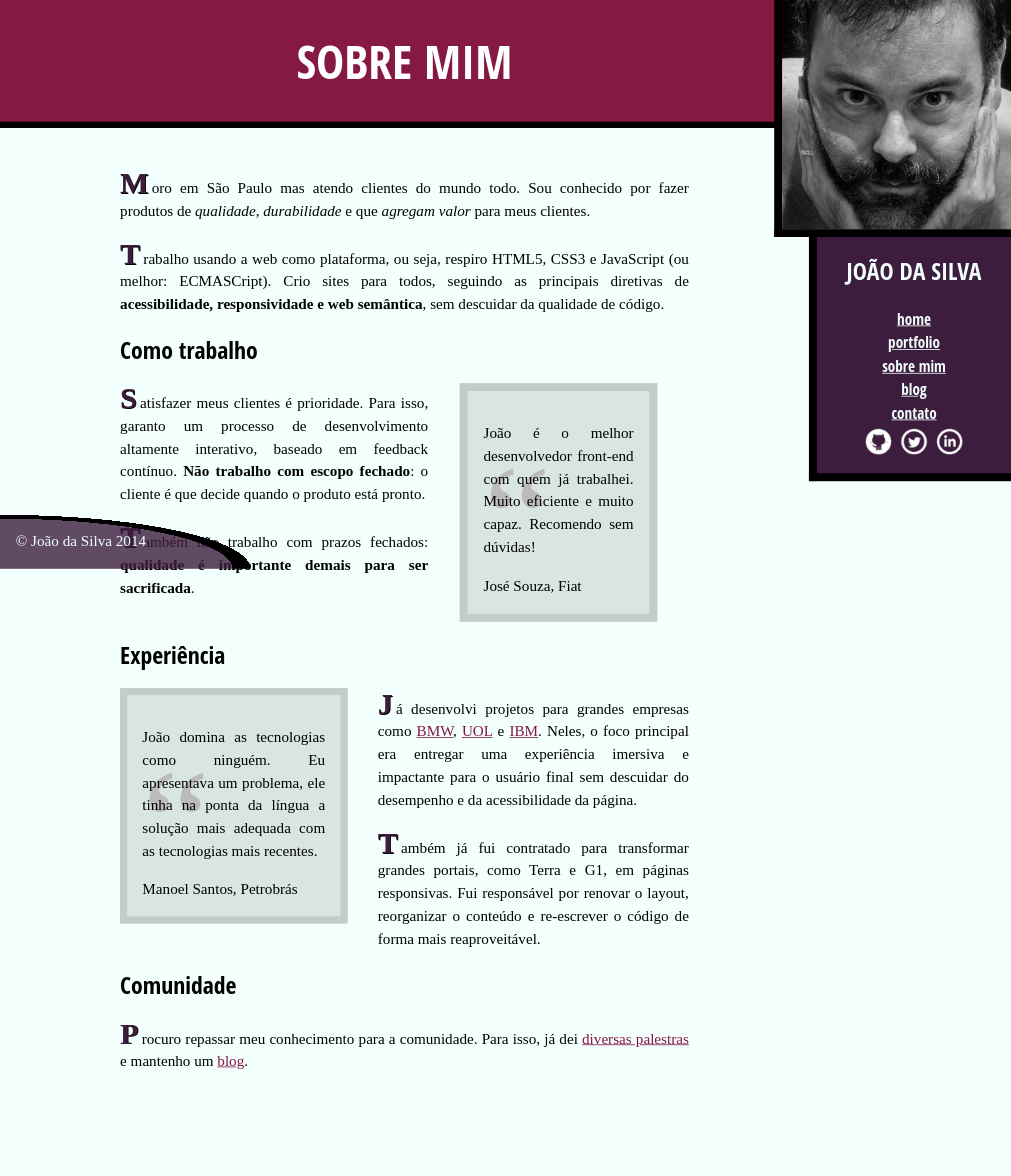
Repository: MichelMiola/html5Css3Avancado
Page: projeto/bio.html
The author's editor kept a copy of each file at every save. The page is drawn from the files as they stood at one save, then again after the next save.
The browser window is 1280 px wide. The pictures show the whole page, at 79% of full size.
Some web fonts or font styles are not loaded; a fallback is used.

Above is the page before, as saved 2015-03-24 18:46:39.

### projeto/bio.html
<!DOCTYPE html>
<html>
<head>
    <meta charset="utf-8">
    <title>João da Silva - Biografia</title>
    <link rel="icon" href="imagens/favicon.png">
    <link rel="stylesheet" href="css/reset.css">
    <link rel="stylesheet" href="css/site.css">
    <link rel="stylesheet" href="css/bio.css">
    <link rel="stylesheet" href="http://fonts.googleapis.com/css?family=Crimson+Text:400,400italic,600">
    <link rel="stylesheet" href="http://fonts.googleapis.com/css?family=Open+Sans+Condensed:700">
</head>
<body>
    <main>
        <h1 class="titulo-principal">Sobre mim</h1>
        <div class="container">
            <p>Moro em São Paulo mas atendo clientes do mundo todo. Sou conhecido por fazer produtos de <em>qualidade</em>, <em>durabilidade</em> e que <em>agregam valor</em> para meus clientes.</p>
            <p>Trabalho usando a web como plataforma, ou seja, respiro HTML5, CSS3 e JavaScript (ou melhor: ECMASCript). Crio sites para todos, seguindo as principais diretivas de <strong>acessibilidade, responsividade e web semântica</strong>, sem descuidar da qualidade de código.</p>
            <h2 class="subtitulo-texto">Como trabalho</h2>
            <blockquote tabindex="1" class="citacao-bio fiat">
                <p>João é o melhor desenvolvedor front-end com quem já trabalhei. Muito eficiente e muito capaz. Recomendo sem dúvidas!</p>
                <cite>José Souza, Fiat</cite>
            </blockquote>
            <p>Satisfazer meus clientes é prioridade. Para isso, garanto um processo de desenvolvimento altamente interativo, baseado em feedback contínuo. <strong>Não trabalho com escopo fechado</strong>: o cliente é que decide quando o produto está pronto.</p>
            <p>Também não trabalho com prazos fechados: <strong>qualidade é importante demais para ser sacrificada</strong>.</p>
            <h2 class="subtitulo-texto">Experiência</h2>
            <blockquote tabindex="1" class="citacao-bio petrobras">
                <p>João domina as tecnologias como ninguém. Eu apresentava um problema, ele tinha na ponta da língua a solução mais adequada com as tecnologias mais recentes.</p>
                <cite>Manoel Santos, Petrobrás</cite>
            </blockquote>
            <p>Já desenvolvi projetos para grandes empresas como <a href="http://bmw.com">BMW</a>, <a href="http://www.uol.com.br">UOL</a> e <a href="http://www.ibm.com.br">IBM</a>. Neles, o foco principal era entregar uma experiência imersiva e impactante para o usuário final sem descuidar do desempenho e da acessibilidade da página.</p>
            <p>Também já fui contratado para transformar grandes portais, como Terra e G1, em páginas responsivas. Fui responsável por renovar o layout, reorganizar o conteúdo e re-escrever o código de forma mais reaproveitável.</p>
            <h2 class="subtitulo-texto">Comunidade</h2>
            <p>Procuro repassar meu conhecimento para a comunidade. Para isso, já dei <a href="portfolio.html">diversas palestras</a> e mantenho um <a href="blog.html">blog</a>.</p>
        </div>
    </main>
    <img src="imagens/eu.jpg" alt="Minha foto" class="minha-foto">
    <aside class="navegacao-site">
        <h1>João da Silva</h1>
        <nav>
            <ul>
                <li><a href="index.html">Home</a></li>
                <li><a href="portfolio.html">Portfolio</a></li>
                <li><a href="bio.html">Sobre mim</a></li>
                <li><a href="blog.html">Blog</a></li>
                <li><a href="contato.html">Contato</a></li>
            </ul>
        </nav>
        <ul class="icones-redes-sociais">
            <li>
                <a href="https://github.com/joaodasilva" class="github">
                    Github
                </a>
            </li>
            <li>
                <a href="https://twitter.com/joaodasilva" class="twitter">
                    Twitter
                </a>
            </li>
            <li>
                <a href="https://br.linkedin.com/pub/joão-da-silva/32/4/508" class="linkedin">
                    LinkedIn
                </a>
            </li>
        </ul>
    </aside>
    <footer class="rodape-pagina">
        &copy; João da Silva 2014
    </footer>
</body>
</html>

### projeto/css/site.css
body {
	font-family: "Crimson Text", "Times New Roman", serif;
	background-color: #F2FFFC;
	font-size: 120%;
	line-height: 1.5;
}

h1, h2, .subtitulo-principal {
	font-family: "Open Sans Condensed", "Arial", sans-serif;
}

h1 {
	text-transform: uppercase;
	font-size: 60px;
}

.titulo-principal {
	text-align: center;
	background-color: #851944;
	color: #FFF;
	padding: 2rem;
	border-bottom: .5rem solid #000;
}

.subtitulo-texto {
	font-size: 30px;
	clear: both;
}

main a {
	color: #851944;
}

main p {
	text-align: justify;
	margin: 20px 0;
}

.navegacao-site {
	text-align: center;
	background-color: #3C1D3D;
	color: #F2FFFC;
	padding: 20px;
}

.navegacao-site a {
	color: inherit;
	font-family: "Open Sans Condensed", "Arial", sans-serif;
	text-transform: lowercase;
}

.navegacao-site h1 {
	font-size: 30px;
	margin-bottom: 25px;
}

.rodape-pagina {
	/* background-color: #000; */
	color: #F2FFFC;
	padding: 20px;
	clear: both;
	position: fixed;
	bottom: 0;
	left: 0;
	width: 100%;
	box-sizing: border-box;
	/* background-color: rgba(0, 0, 0, 0.3); */
	background-image: radial-gradient(ellipse at left bottom, rgba(60, 29, 61, 0.8),
		rgba(60, 29, 61, 0.8) 65%, black 65%, black 70%, transparent 70%,
		transparent);
	background-size: 25% 100%;
	background-repeat: no-repeat;
}

.container {
	width: 720px;
	margin-left: auto;
	margin-right: auto;
	padding: 30px 0;
}

strong {
	font-weight: bold;
}

em {
	font-style: italic;
}

.icones-redes-sociais li {
	display: inline-block;
}

.icones-redes-sociais a {
	width: 40px;
	height: 40px;
	display: block;
	text-indent: -99999px;
}

.github {
	background-image: url(../imagens/github.png);
}

.twitter {
	background-image: url(../imagens/twitter.png);
}

.linkedin {
	background-image: url(../imagens/linkedin.png);
}

main {
	width: 80%;
	float: left;
	padding-bottom: 80px;
}

.minha-foto, .navegacao-site {
	border-left: 10px solid black;
	border-bottom: 10px solid black;
	box-sizing: border-box;
}

.navegacao-site {
	width: 20%;
	float: right;
	position: relative;
	top: 300px;
}

.minha-foto {
	position: absolute;
	top: 0;
	right: 0;
	height: 300px;
}

.leia-mais {
	padding: .5em;
	margin: 1em;
	display: block;
	font-size: 1.25em;
	text-align: center;
	background-color: #E6E7E8;
}

.citacao-bio {
	background-color: #D9E5E3;
	border: .5em solid #C2CCCA;
	padding: 1em;
	margin: 1em 2em;
	width: 30ch;
	box-sizing: border-box;
}

main a:hover,
main a:focus,
footer a:hover,
footer a:focus {
  color: red;
}

.navegacao-site a:hover,
.navegacao-site a:focus {
  text-shadow: 0 0 2px pink;
}

### projeto/css/bio.css
.citacao-bio:nth-of-type(odd) {
    background-color: #D9E5E3;
    border: 10px solid #C2CCCA;
    padding: 20px;
    margin: 20px 40px;
    width: 250px;
    box-sizing: border-box;
}

.citacao-bio:nth-of-type(even){
    float: left;
    margin-left: 0;
}

blockquote:nth-of-type(odd) {
    float: right;
    margin-right: 0;
}

.citacao-bio:hover,
.citacao-bio:focus {
    box-shadow: 0 0 0 99999px rgba(0,0,0,.8);
}
.citacao-bio:nth-of-type(odd):hover,
.citacao-bio:nth-of-type(odd):focus {
    transform: scale(1.2) rotate(5deg);
}
.citacao-bio:nth-of-type(even):hover,
.citacao-bio:nth-of-type(even):focus {
    transform: scale(1.2) rotate(-5deg);
}

.container > p::first-letter {
  font-size: 200%;
  font-weight: bold;
  color: #3C1D3D;
  text-shadow: 1px 1px #000;
}

.container > p::first-letter {
  font-size: 200%;
  font-weight: bold;
  color: #3C1D3D;
  text-shadow: 1px 1px #000;
  margin-right: .2ch;
  line-height: 1;
}

.citacao-bio::before {
    content: '“';
    position: absolute;
    font-size: 10em;
    color: #bbb;
}
.citacao-bio > p {
    position: relative;
}

Loaded but not shown: projeto/css/reset.css (common file)

After the next save:
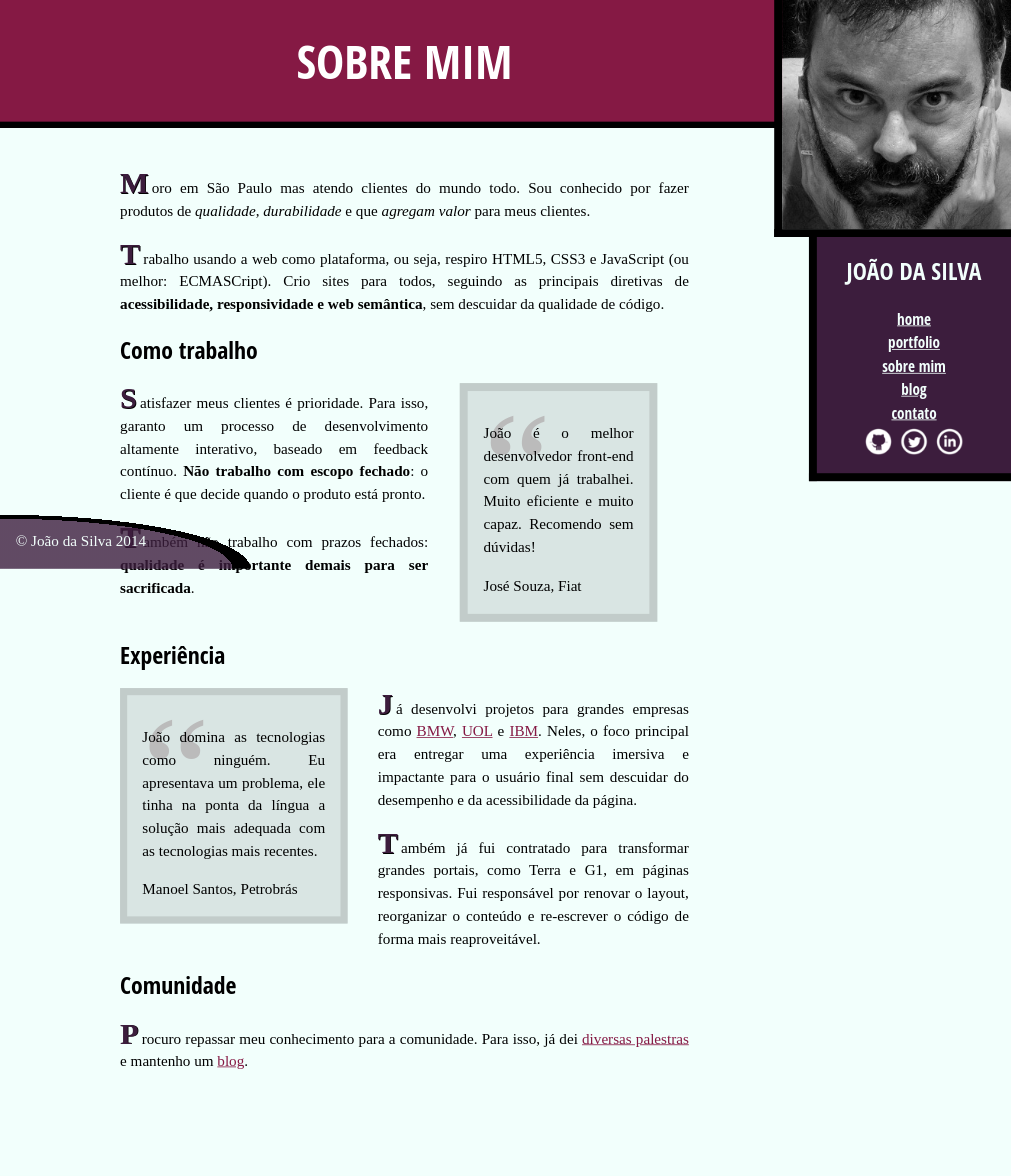
Saved 62 s later.
--- a/projeto/css/bio.css
+++ b/projeto/css/bio.css
@@ -51,6 +51,7 @@ blockquote:nth-of-type(odd) {
     position: absolute;
     font-size: 10em;
     color: #bbb;
+    line-height: .8
 }
 .citacao-bio > p {
     position: relative;
